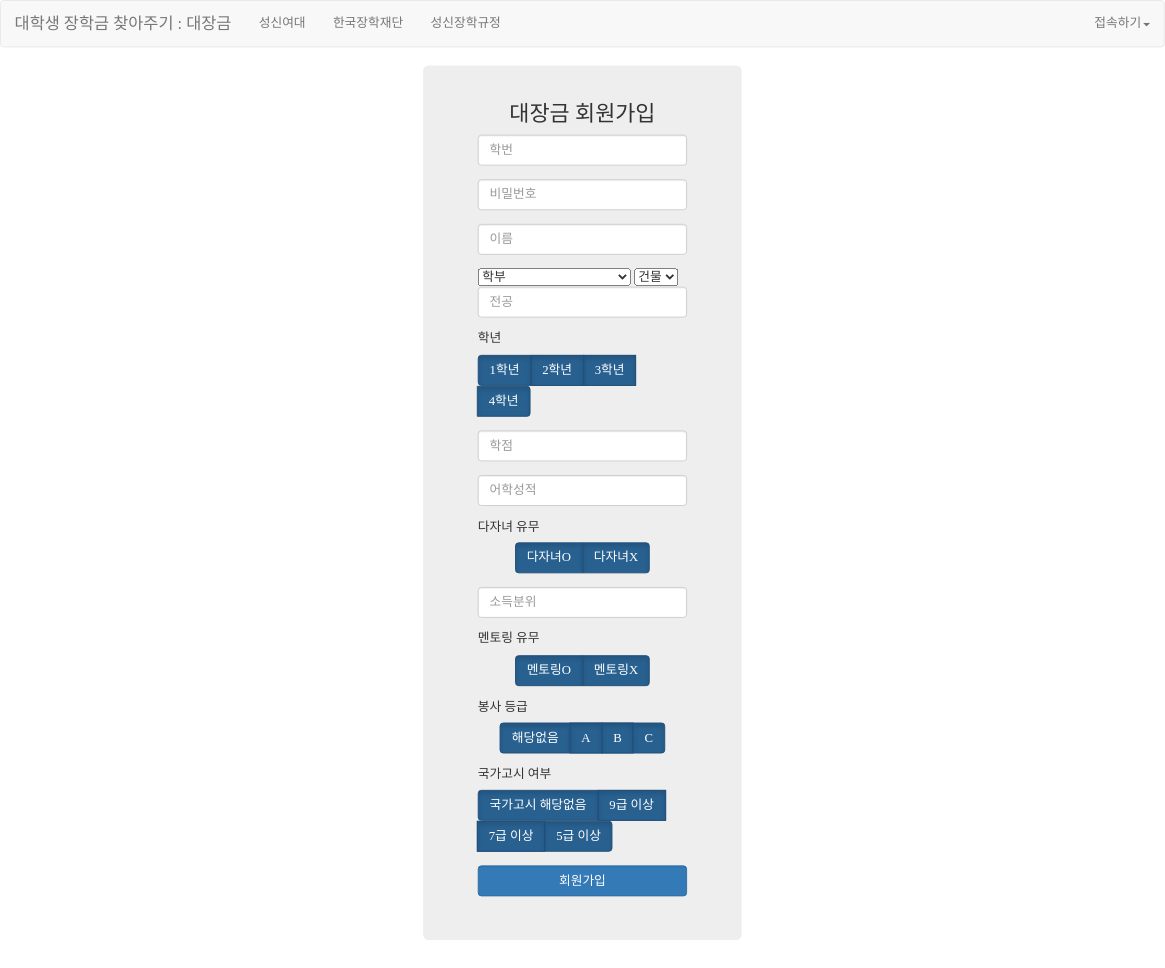
Repository: jiwon-214/DJG
Page: http://localhost/DJG/join.jsp
An editor plug-in stored every save of this project. The page is shown before and after the next save, followed by the edit.
The browser window is 1280 px wide. The pictures show the whole page, at 91% of full size.
Some web fonts or font styles are not loaded; a fallback is used. Some web libraries are served in a nearby version. The page is served by Tomcat 9. Other server files are loaded and not shown.

Above is the page before, as saved 2022-01-04 19:41:13.

### DJG/WebContent/join.jsp
<%@ page language="java" contentType="text/html; charset=UTF-8"
    pageEncoding="UTF-8"%>
<!DOCTYPE html>
<html>
<head>
<meta charset="UTF-8">
<meta name = "viewport" content = "width=divice-width", initial-scale="1">
<link rel = "stylesheet" href = "css/bootstrap.css">
<link rel = "stylesheet" href = "css/custom.css">
<title>대장금</title>
</head>
<body>
	<nav class ="navbar navbar-default">
		<div class = "navbar-header">
			<button type = "button" class = "navbar-toggle collapsed"
				data-toggle = "collapse" data-target = "#bs-example-navbar-collapse-1"
				aria-expanded="false">
				<span class = "icon-bar"></span>
				<span class = "icon-bar"></span>
				<span class = "icon-bar"></span>
			</button>
			<a class="navbar-brand" href = "main.jsp">대학생 장학금 찾아주기 : 대장금</a>
		</div>
		<div class="collapse navbar-collapse" id="bs-example-navbar-collapse-1">
			<ul class = "nav navbar-nav">
				<li><a href="https://portal.sungshin.ac.kr/sso/login.jsp">성신여대</a></li>
				<li><a href="http://www.kosaf.go.kr/">한국장학재단</a></li>
				<li><a href="https://rule.sungshin.ac.kr/service/law/lawView.do?seq=95&historySeq=0&gubun=cur&tree=part">성신장학규정</a></li>
			</ul>
			<ul class="nav navbar-nav navbar-right">
				<li class="dropdown">
					<a href="#" class="dropdown-toggle"
						data-toggle="dropdown" role="button" aria-haspopup="true"
						aria-expanded="false">접속하기<span class="caret"></span></a>
					<ul class="dropdown-menu">
						<li><a href = "login.jsp">로그인 </a></li>
						<li class="active"><a href="join.jsp">회원가입</a></li>
					</ul>
				</li>
			</ul>
		</div>
	</nav>
	<div class="container">
      <div class="col-lg-4"></div>
      <div class="col-lg-4">
         <div class="jumbotron" style="padding-top:20px;">
            <form method="post" action="joinAction.jsp">
               <h3 style="text-align:center;">대장금 회원가입</h3>
               <div class="form-group">
                  <input type="text" class="form-control" placeholder="학번" name="userID" maxlength="10">
               </div>
               <div class="form-group">
                  <input type="password" class="form-control" placeholder="비밀번호" name="userPassword" maxlength="20">
               </div>
               <div class="form-group">
                  <input type="text" class="form-control" placeholder="이름" name="userName" maxlength="20">
               </div>
               <select name="department" onchange="changeDpt(this)">
                        <option value="none" selected disabled>학부</option>
                        <option value="인문과학대학">인문과학대학</option>
                        <option value="사회과학대학">사회과학대학</option>
                        <option value="법과대학">법과대학</option>
                        <option value="자연과학대학">자연과학대학</option>
                        <option value="지식서비스공과대학">지식서비스공과대학</option>
                        <option value="간호대학">간호대학</option>
                        <option value="Health&Wellness College">Health&Wellness College</option>
                        <option value="사회과학대학">사회과학대학</option>
                        <option value="법과대학">법과대학</option>
                        <option value="인문과학대학">인문과학대학</option>
                        <option value="사회과학대학">사회과학대학</option>
                        <option value="법과대학">법과대학</option>

               </select>

                    <select name="building" id="building">
                        <option selected disabled>건물</option>
                    </select>

               <div class="form-group">
                  <input type="text" class="form-control" placeholder="전공" name="userMajor" maxlength="20">
               </div>

               <h5>학년</h5>
               <div class="form-group" style="text-align:center;">
                  <div class="btn-group" data-toggle="buttons">
                     <label class="btn btn-primary active">
                        <input type = "radio" name="userYear" autocomplete="off" value="1" checked>1학년
                     </label>
                     <label class="btn btn-primary active">
                        <input type = "radio" name="userYear" autocomplete="off" value="2">2학년
                     </label>
                     <label class="btn btn-primary active">
                        <input type = "radio" name="userYear" autocomplete="off" value="3">3학년
                     </label>
                     <label class="btn btn-primary active">
                        <input type = "radio" name="userYear" autocomplete="off" value="4">4학년
                     </label>
                  </div>
               </div>

               <div class="form-group">
                  <input type="text" class="form-control" placeholder="학점" name="userGrade" maxlength="10">
               </div>

               <div class="form-group">
                  <input type="text" class="form-control" placeholder="어학성적" name="userLgrade" maxlength="10">
               </div>

               <h5>다자녀 유무</h5>
               <div class="form-group" style="text-align:center;">
                  <div class="btn-group" data-toggle="buttons">
                     <label class="btn btn-primary active">
                        <input type = "radio" name ="userMchild" autocomplete="off" value="cO" checked>다자녀O
                     </label>
                     <label class="btn btn-primary active">
                        <input type = "radio" name ="userMchild" autocomplete="off" value="cX">다자녀X
                     </label>
                  </div>
               </div>
               <div class="form-group">
                  <input type="text" class="form-control" placeholder="소득분위" name="userIncome" maxlength="10">
               </div>

               <h5>멘토링 유무</h5>
               <div class="form-group" style="text-align:center;">
                  <div class="btn-group" data-toggle="buttons">
                     <label class="btn btn-primary active">
                        <input type="radio" name="userMentor" autocomplete="off" value="mO" checked>멘토링O
                     </label>
                     <label class="btn btn-primary active">
                        <input type = "radio" name="userMentor" autocomplete="off" value="mX">멘토링X
                     </label>
                  </div>
               </div>

               <h5>봉사 등급</h5>
               <div class="form-group" style="text-align:center;">
                  <div class="btn-group" data-toggle="buttons">
                     <label class="btn btn-primary active">
                        <input type="radio" name="userVol" autocomplete="off" value="Vx" checked>해당없음
                     </label>
                     <label class="btn btn-primary active">
                        <input type="radio" name="userVol" autocomplete="off" value="Va">A
                     </label>
                     <label class="btn btn-primary active">
                        <input type="radio" name="userVol" autocomplete="off" value="Vb">B
                     </label>
                     <label class="btn btn-primary active">
                        <input type="radio" name="userVol" autocomplete="off" value="Vc">C
                     </label>
                  </div>
               </div>

               <h5>국가고시 여부</h5>
               <div class="form-group" style="text-align:center;">
                  <div class="btn-group" data-toggle="buttons">
                     <label class="btn btn-primary active">
                        <input type="radio" name="userExam" autocomplete="off" value="Ex" checked>국가고시 해당없음
                     </label>
                     <label class="btn btn-primary active">
                        <input type="radio" name="userExam" autocomplete="off" value="E9">9급 이상
                     </label>
                     <label class="btn btn-primary active">
                        <input type="radio" name="userExam" autocomplete="off" value="E7">7급 이상
                     </label>
                     <label class="btn btn-primary active">
                        <input type="radio" name="userExam" autocomplete="off" value="E5">5급 이상
                     </label>
                  </div>
               </div>
               <input type="submit" class="btn btn-primary form-control" value="회원가입">
            </form>
         </div>
      </div>
      <div class="col-lg-4"></div>
   </div>
		<div class="col-lg-4"></div>
	</div>
	<script src = "https://code.jquery.com/jquery-3.1.1.min.js"></script>
	<script src = "js/bootstrap.js"></script>
</body>
</html>

### DJG/WebContent/css/custom.css
@import url(http://fonts.googleapis.com/earlyaccess/nanumgothic.css);
@import url(http://fonts.googleapis.com/earlyaccess/hanna.css);
* {
	font-family : 'Nanum Gothic';
}
h1 {
	font-famaily : 'Hanna';
}

Loaded but not shown: DJG/WebContent/css/bootstrap.css (library); DJG/WebContent/js/bootstrap.js (library)

After the next save:
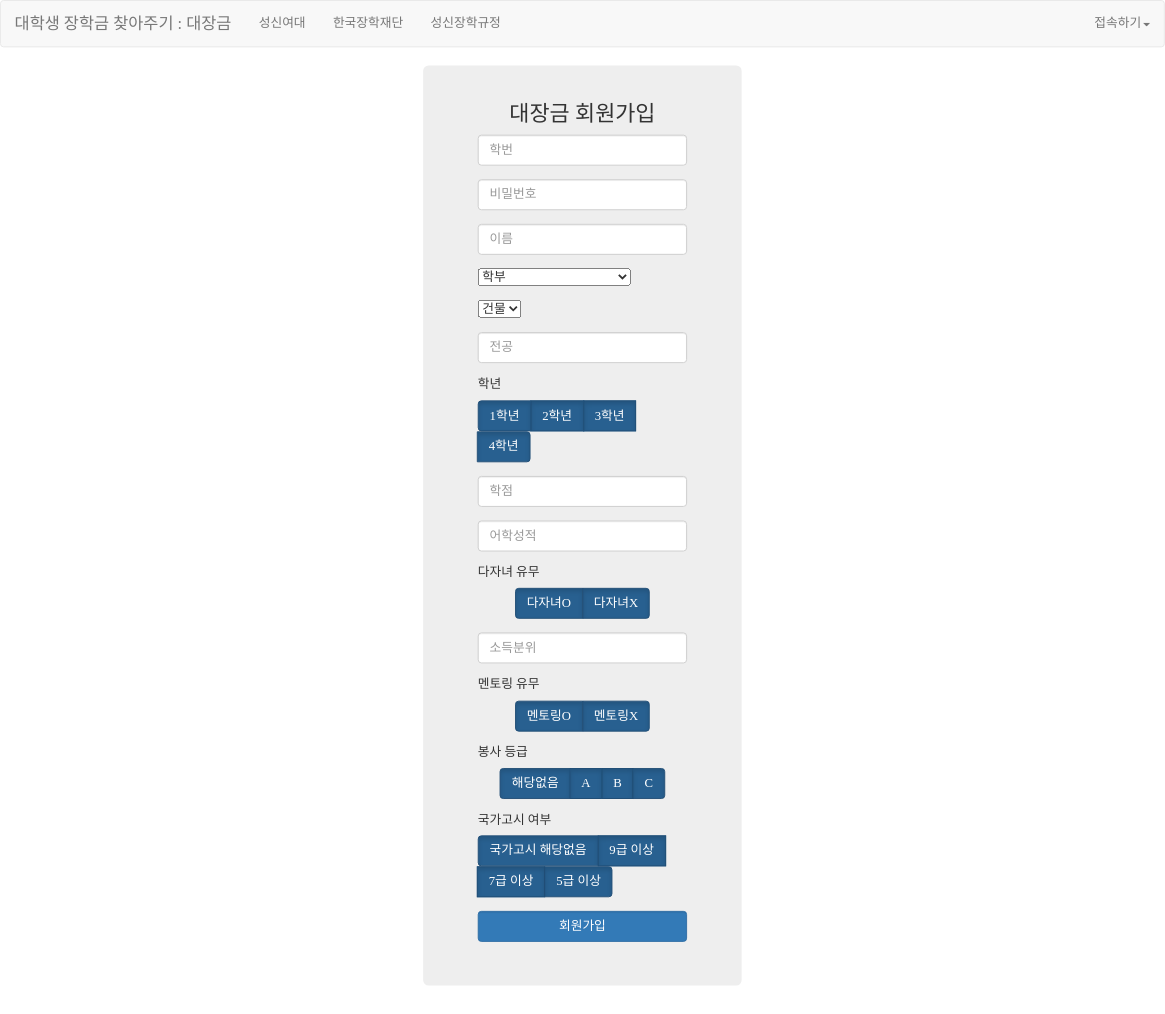
Saved 2 min 8 s later.
--- a/DJG/WebContent/join.jsp
+++ b/DJG/WebContent/join.jsp
@@ -55,6 +55,7 @@
                <div class="form-group">
                   <input type="text" class="form-control" placeholder="이름" name="userName" maxlength="20">
                </div>
+               <div class="form-group">
                <select name="department" onchange="changeDpt(this)">
                         <option value="none" selected disabled>학부</option>
                         <option value="인문과학대학">인문과학대학</option>
@@ -69,13 +70,13 @@
                         <option value="인문과학대학">인문과학대학</option>
                         <option value="사회과학대학">사회과학대학</option>
                         <option value="법과대학">법과대학</option>
-
                </select>
-
+				</div>
+				<div class="form-group">
                     <select name="building" id="building">
                         <option selected disabled>건물</option>
                     </select>
-
+                </div>
                <div class="form-group">
                   <input type="text" class="form-control" placeholder="전공" name="userMajor" maxlength="20">
                </div>
